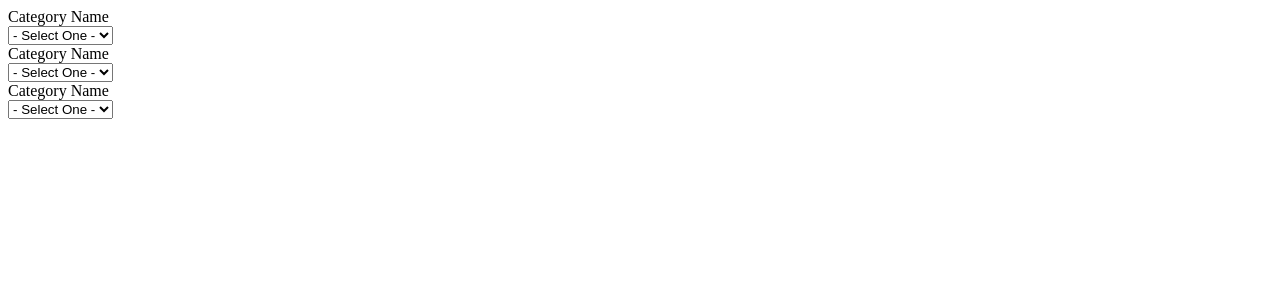
Repository: richieg/4YProject
Page: http://localhost/ProjectProto2/timetableCreator.jsp
These files come from the project's save history. The page is drawn as it stood at one moment and after the next save; the edit follows.
The browser window is 1280 px wide. The pictures show the whole page.
The page is served by Tomcat 9. Nobody is signed in. The application's start-up code is not run. Other server files are loaded and not shown.

Above is the page before, as saved 2015-03-01 17:52:20.

### ProjectProtoType/ProjectProto2/WebContent/timetableCreator.jsp
<%@ page language="java" contentType="text/html; charset=ISO-8859-1"
    pageEncoding="ISO-8859-1"%>
<!DOCTYPE html PUBLIC "-//W3C//DTD HTML 4.01 Transitional//EN" "http://www.w3.org/TR/html4/loose.dtd">
<html>
<head>
<meta http-equiv="Content-Type" content="text/html; charset=ISO-8859-1">
<title>Insert title here</title>
</head>
<body>

<form class="form-horizontal" role="form" id="incatform">



  <div class="form-group" >
  <label class="control-label col-sm-4" for="catID"></label>
  <div class="col-sm-4">
    <input id='timetableid' name="timetableid' placeholder='timetableid' class="form-control" type="hidden">

  </div>
</div>

  <label class="control-label col-sm-4" for="courseName">Category Name</label>
  <div class="col-sm-4">

  <select class="form-control" id="daysel" name="daysel">
      <option id="1">- Select One -</option>
</select>
</div>


  <label class="control-label col-sm-4" for="courseName">Category Name</label>
  <div class="col-sm-4">

  <select class="form-control" id="daysel" name="daysel">
      <option id="1">- Select One -</option>
</select>
</div>


  <label class="control-label col-sm-4" for="courseName">Category Name</label>
  <div class="col-sm-4">

  <select class="form-control" id="daysel" name="daysel">
      <option id="1">- Select One -</option>
</select>
</div>
















</form>

</body>
</html>

After the next save:
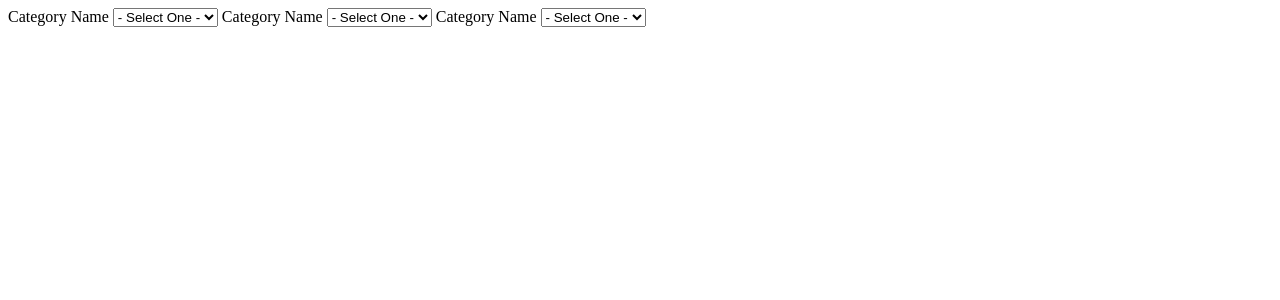
Saved 61 s later.
--- a/ProjectProtoType/ProjectProto2/WebContent/timetableCreator.jsp
+++ b/ProjectProtoType/ProjectProto2/WebContent/timetableCreator.jsp
@@ -21,30 +21,30 @@
 </div>
 
   <label class="control-label col-sm-4" for="courseName">Category Name</label>
-  <div class="col-sm-4">
+
 
   <select class="form-control" id="daysel" name="daysel">
       <option id="1">- Select One -</option>
 </select>
-</div>
+
 
 
   <label class="control-label col-sm-4" for="courseName">Category Name</label>
-  <div class="col-sm-4">
+
 
   <select class="form-control" id="daysel" name="daysel">
       <option id="1">- Select One -</option>
 </select>
-</div>
+
 
 
   <label class="control-label col-sm-4" for="courseName">Category Name</label>
-  <div class="col-sm-4">
+
 
   <select class="form-control" id="daysel" name="daysel">
       <option id="1">- Select One -</option>
 </select>
-</div>
+
 
 
 
